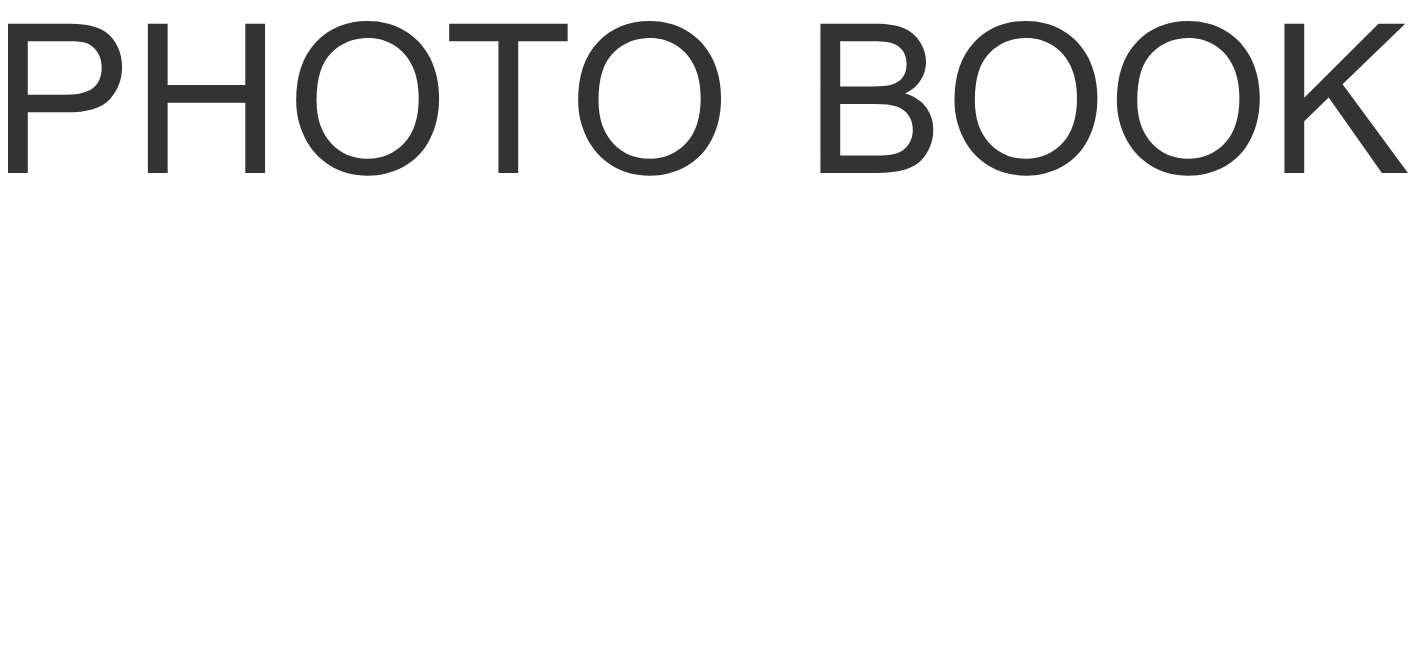
Repository: Fuki-san/photo-book-1
Page: http://localhost/photo
These files come from the project's save history. The page is drawn as it stood at one moment and after the next save; the edit follows.
The browser window is 1280 px wide. The page is 1408 px wide, so the pictures cover 1408 px, including what lies to the right of the window. The pictures show the whole page.
The page is served by the project's Laravel application, run on PHP 8.4 with Laravel 10. Other server files are loaded and not shown.

Above is the page before, as saved 2023-11-28 15:41:57.

### routes/web.php
<?php

use Illuminate\Support\Facades\Route;

/*
|--------------------------------------------------------------------------
| Web Routes
|--------------------------------------------------------------------------
|
| Here is where you can register web routes for your application. These
| routes are loaded by the RouteServiceProvider and all of them will
| be assigned to the "web" middleware group. Make something great!
|
*/

Route::get('/', function () {
    return view('welcome');
});

Route::get('photo', function () {
    return view('photo');
});

### resources/views/photo.blade.php
@extends('layouts.main')

@section('title', 'photo')

@section('content')
    <div class="container">
        <header id="header">
            <h1 class="site-title"><a href="#"><img src="img/logo.svg" alt=""></a></h1>
        </header>

        <main>
            <div class="mainvisual">

            </div>
        </main>
        <footer></footer>
    </div>
@endsection

### resources/views/layouts/main.blade.php
<!DOCTYPE html>
<html lang="ja">
<head>
    <meta charset="UTF-8">
    <meta name="viewport" content="width=device-width, initial-scale=1.0">
    <meta http-equiv="X-UA-Compatible" content="ie=edge">
    <link rel="stylesheet" href="{{ asset('css/reset.css') }}">
    <link rel="stylesheet" href="{{ asset('css/style.css') }}">
    <link rel="icon" href="img/favicon.ico">
    <title>@yield('title')</title>
</head>
<body>
    @yield('content')
</body>
</html>

### public/img/logo.svg
<?xml version="1.0" encoding="utf-8"?>
<!-- Generator: Adobe Illustrator 15.1.0, SVG Export Plug-In . SVG Version: 6.00 Build 0)  -->
<!DOCTYPE svg PUBLIC "-//W3C//DTD SVG 1.1//EN" "http://www.w3.org/Graphics/SVG/1.1/DTD/svg11.dtd">
<svg version="1.1" id="レイヤー_1" xmlns="http://www.w3.org/2000/svg" xmlns:xlink="http://www.w3.org/1999/xlink" x="0px"
	 y="0px" width="1400px" height="156px" viewBox="0 0 1400 156" enable-background="new 0 0 1400 156" xml:space="preserve">
<g>
	<path fill="#333333" d="M0,152.092V2.65h56.373c9.92,0,17.498,0.477,22.731,1.428c7.34,1.223,13.49,3.552,18.451,6.982
		c4.96,3.433,8.953,8.241,11.978,14.425c3.022,6.185,4.536,12.98,4.536,20.387c0,12.709-4.043,23.463-12.129,32.264
		c-8.09,8.802-22.699,13.202-43.834,13.202h-38.33v60.754H0z M19.775,73.702h38.636c12.775,0,21.847-2.379,27.217-7.136
		c5.369-4.757,8.053-11.451,8.053-20.082c0-6.252-1.581-11.604-4.741-16.056c-3.16-4.45-7.324-7.391-12.487-8.817
		c-3.33-0.883-9.481-1.325-18.452-1.325H19.775V73.702z"/>
	<path fill="#333333" d="M139.859,152.092V2.65h19.776v61.367h77.677V2.65h19.775v149.441h-19.775V81.652h-77.677v70.439H139.859z"
		/>
	<path fill="#333333" d="M288.174,79.309c0-24.805,6.66-44.224,19.98-58.258C321.473,7.019,338.667,0,359.735,0
		c13.795,0,26.232,3.298,37.309,9.889c11.076,6.593,19.521,15.784,25.332,27.574c5.811,11.791,8.716,25.163,8.716,40.112
		c0,15.155-3.059,28.713-9.175,40.674c-6.116,11.961-14.781,21.016-25.993,27.166c-11.214,6.15-23.311,9.226-36.291,9.226
		c-14.067,0-26.641-3.398-37.717-10.194c-11.079-6.794-19.471-16.071-25.179-27.829C291.029,104.86,288.174,92.425,288.174,79.309z
		 M308.562,79.614c0,18.01,4.843,32.197,14.527,42.559c9.684,10.364,21.831,15.546,36.442,15.546
		c14.884,0,27.131-5.231,36.75-15.699c9.615-10.464,14.423-25.313,14.423-44.546c0-12.165-2.057-22.784-6.167-31.856
		c-4.112-9.071-10.126-16.106-18.043-21.101c-7.917-4.995-16.804-7.493-26.656-7.493c-14,0-26.046,4.81-36.137,14.425
		C313.608,41.065,308.562,57.121,308.562,79.614z"/>
	<path fill="#333333" d="M490.425,152.092V20.286h-49.237V2.65h118.451v17.636h-49.439v131.806H490.425z"/>
	<path fill="#333333" d="M570.14,79.309c0-24.805,6.658-44.224,19.979-58.258C603.438,7.019,620.632,0,641.7,0
		c13.794,0,26.23,3.298,37.309,9.889c11.076,6.593,19.522,15.784,25.331,27.574c5.813,11.791,8.717,25.163,8.717,40.112
		c0,15.155-3.059,28.713-9.176,40.674c-6.114,11.961-14.779,21.016-25.992,27.166s-23.311,9.226-36.291,9.226
		c-14.068,0-26.641-3.398-37.717-10.194c-11.078-6.794-19.47-16.071-25.179-27.829C572.994,104.86,570.14,92.425,570.14,79.309z
		 M590.526,79.614c0,18.01,4.843,32.197,14.527,42.559c9.685,10.364,21.83,15.546,36.442,15.546
		c14.883,0,27.132-5.231,36.748-15.699c9.615-10.464,14.424-25.313,14.424-44.546c0-12.165-2.057-22.784-6.166-31.856
		c-4.113-9.071-10.127-16.106-18.043-21.101c-7.918-4.995-16.804-7.493-26.658-7.493c-14,0-26.044,4.81-36.136,14.425
		C595.572,41.065,590.526,57.121,590.526,79.614z"/>
	<path fill="#333333" d="M812.43,152.092V2.65h56.066c11.416,0,20.573,1.514,27.472,4.537c6.896,3.024,12.3,7.68,16.209,13.966
		c3.907,6.286,5.861,12.861,5.861,19.724c0,6.39-1.732,12.404-5.198,18.044c-3.467,5.641-8.7,10.193-15.7,13.659
		c9.039,2.65,15.987,7.172,20.848,13.558c4.857,6.389,7.289,13.933,7.289,22.631c0,7-1.479,13.506-4.435,19.521
		c-2.957,6.016-6.612,10.652-10.958,13.915c-4.352,3.261-9.806,5.726-16.363,7.391c-6.558,1.666-14.593,2.497-24.106,2.497H812.43z
		 M832.206,65.444h32.313c8.768,0,15.053-0.576,18.859-1.733c5.027-1.493,8.818-3.975,11.366-7.439
		c2.548-3.468,3.822-7.815,3.822-13.049c0-4.961-1.188-9.328-3.567-13.099c-2.38-3.773-5.776-6.354-10.192-7.748
		c-4.419-1.393-11.997-2.09-22.733-2.09h-29.868V65.444z M832.206,134.457h37.208c6.386,0,10.872-0.237,13.455-0.715
		c4.552-0.814,8.358-2.173,11.417-4.077c3.058-1.901,5.571-4.672,7.544-8.308c1.971-3.634,2.956-7.832,2.956-12.589
		c0-5.571-1.428-10.414-4.281-14.526c-2.854-4.111-6.814-6.999-11.876-8.665c-5.063-1.664-12.354-2.497-21.865-2.497h-34.558
		V134.457z"/>
	<path fill="#333333" d="M946.479,79.309c0-24.805,6.659-44.224,19.979-58.258C979.776,7.019,996.972,0,1018.039,0
		c13.794,0,26.23,3.298,37.309,9.889c11.077,6.593,19.521,15.784,25.331,27.574c5.812,11.791,8.717,25.163,8.717,40.112
		c0,15.155-3.058,28.713-9.175,40.674s-14.781,21.016-25.994,27.166s-23.311,9.226-36.29,9.226
		c-14.068,0-26.641-3.398-37.717-10.194c-11.078-6.794-19.47-16.071-25.18-27.829C949.332,104.86,946.479,92.425,946.479,79.309z
		 M966.865,79.614c0,18.01,4.842,32.197,14.526,42.559c9.685,10.364,21.83,15.546,36.442,15.546
		c14.884,0,27.133-5.231,36.749-15.699c9.615-10.464,14.424-25.313,14.424-44.546c0-12.165-2.057-22.784-6.166-31.856
		c-4.113-9.071-10.127-16.106-18.044-21.101c-7.917-4.995-16.803-7.493-26.657-7.493c-14.001,0-26.044,4.81-36.136,14.425
		C971.91,41.065,966.865,57.121,966.865,79.614z"/>
	<path fill="#333333" d="M1108.865,79.309c0-24.805,6.66-44.224,19.979-58.258C1142.163,7.019,1159.357,0,1180.426,0
		c13.794,0,26.23,3.298,37.31,9.889c11.076,6.593,19.521,15.784,25.332,27.574c5.811,11.791,8.715,25.163,8.715,40.112
		c0,15.155-3.059,28.713-9.175,40.674c-6.115,11.961-14.779,21.016-25.993,27.166s-23.312,9.226-36.29,9.226
		c-14.068,0-26.642-3.398-37.719-10.194c-11.078-6.794-19.469-16.071-25.177-27.829
		C1111.719,104.86,1108.865,92.425,1108.865,79.309z M1129.254,79.614c0,18.01,4.842,32.197,14.525,42.559
		c9.684,10.364,21.831,15.546,36.442,15.546c14.882,0,27.131-5.231,36.749-15.699c9.615-10.464,14.424-25.313,14.424-44.546
		c0-12.165-2.057-22.784-6.167-31.856c-4.113-9.071-10.127-16.106-18.043-21.101c-7.917-4.995-16.804-7.493-26.658-7.493
		c-13.999,0-26.044,4.81-36.135,14.425C1134.298,41.065,1129.254,57.121,1129.254,79.614z"/>
	<path fill="#333333" d="M1276.45,152.092V2.65h19.776V76.76l74.211-74.109h26.81l-62.691,60.552l65.444,88.89h-26.096
		l-53.213-75.638l-24.465,23.854v51.784H1276.45z"/>
</g>
</svg>

Loaded but not shown: public/css/style.css (empty)

After the next save:
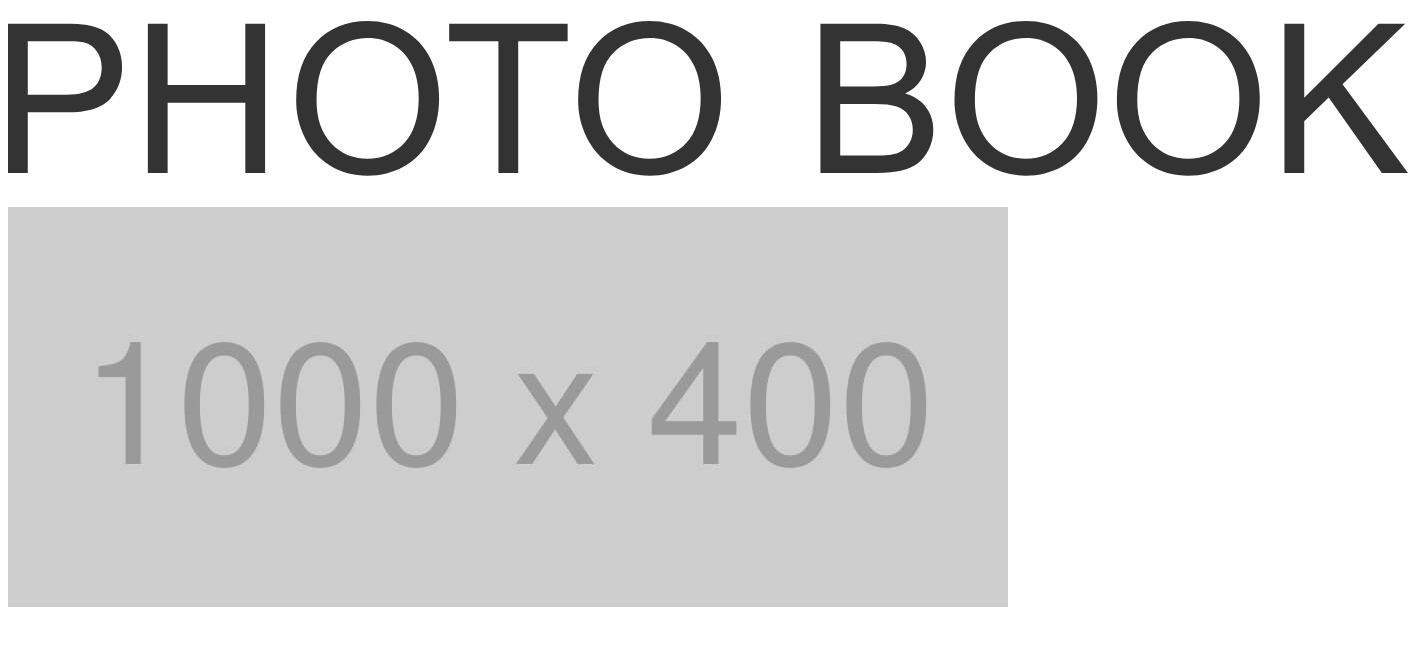
Saved 5 s later.
--- a/resources/views/photo.blade.php
+++ b/resources/views/photo.blade.php
@@ -10,7 +10,7 @@
 
         <main>
             <div class="mainvisual">
-
+                <img src="img/mainvisual.jpg" alt="">
             </div>
         </main>
         <footer></footer>
